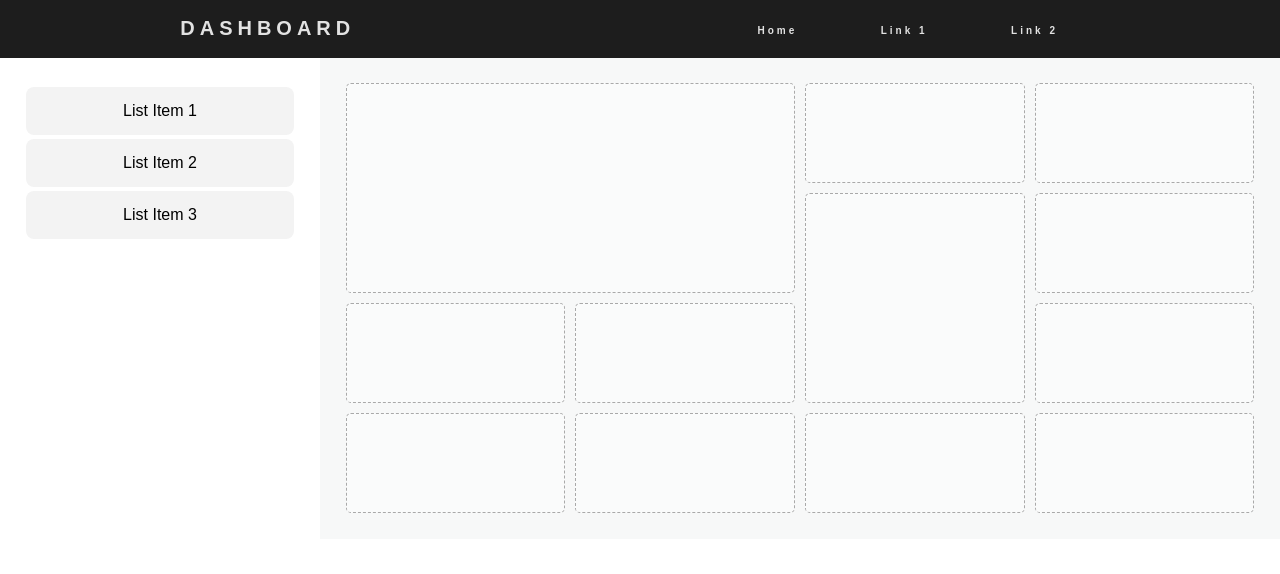
Repository: nourabdelhakam/drag-drop
Page: index.html
These files come from the project's save history. The page is drawn as it stood at one moment and after the next save; the edit follows.
The browser window is 1280 px wide. The pictures show the whole page.

Above is the page before, as saved 2020-07-03 11:32:59.

### index.html
<!DOCTYPE html>
<html lang="en">
<head>
    <meta charset="UTF-8">
    <meta name="viewport" content="width=device-width, initial-scale=1.0">
    <meta http-equiv="X-UA-Compatible" content="ie=edge">
    <title>Drag & Drop</title>
    <link rel="stylesheet" href="nav/nav.css">
    <link rel="stylesheet" href="css/main.css">
</head>
<body>

    <!-- <nav> -->
        <nav>
            <div class="logo">
                <h4>Dashboard</h4>
            </div>
            <ul class="nav-links">
                <li><a href="">Home</a></li>
                <li><a href="">Link 1</a></li>
                <li><a href="">Link 2</a></li>
            </ul>
            <div class="burger">
                <div class="line1"></div>
                <div class="line2"></div>
                <div class="line3"></div>
            </div>
        </nav>
      <!-- </nav> end of nav -->

      <section>
          <div class="container">
            <div class="left">
                <div class="list">
                    <div class="list-item" draggable="true">List Item 1</div>
                    <div class="list-item" draggable="true">List Item 2</div>
                    <div class="list-item" draggable="true">List Item 3</div>
                </div>
              </div>
              <div class="right">
                  <div class="wrapper">
                    <div class="list"></div>
                    <div class="list"></div>
                    <div class="list"></div>
                    <div class="list"></div>
                    <div class="list"></div>
                    <div class="list"></div>
                    <div class="list"></div>
                    <div class="list"></div>
                    <div class="list"></div>
                    <div class="list"></div>
                    <div class="list"></div>
                    <div class="list"></div>
                  </div>
              </div>
          </div>
      </section>

    <script src="main.js" type="text/javascript"></script>
    <script src="nav/nav.js" type="text/javascript"></script>
</body>
</html>

### nav/nav.css
nav {
    display: flex;
    justify-content: space-around;
    align-items: center;
    min-height: 8vh;
    background-color: #1D1D1D;
    font-family: "Poppins", sans-serif;
}
.logo {
    color: rgb(226, 226, 226);
    text-transform: uppercase;
    letter-spacing: 5px;
    font-size: 20px;
}
.nav-links {
    display: flex;
    justify-content: space-around;
    width: 30%;
}
.nav-links li {
    list-style: none;
}
.nav-links a {
    color: rgb(226, 226, 226);
    text-decoration: none;
    letter-spacing: 3px;
    font-weight: bold;
    font-size: 10px;
}
.burger {
    display: none;
    cursor: pointer;
}
.burger div {
    width: 25px;
    height: 3px;
    background-color: rgb(226, 226, 226);
    margin: 5px;
    transition: all 0.3s ease;
}


@media screen and (max-width:1024px) {
    .nav-links {
        width: 60%;
    }
}

@media screen and (max-width:768px) {

    body {
        overflow-x: hidden;
    }
    .nav-links {
        position: absolute;
        right: 0px;
        height: 92vh;
        top: 8vh;
        background-color: #1D1D1D;
        display: flex;
        flex-direction: column;
        align-items: center;
        width: 50%;
        transform: translatex(100%);
        transition: transform 0.5s ease-in;
    }
    .nav-links li {
        opacity: 0;
    }
    .burger {
        display: block;
    }
}

.nav-active {
    transform: translatex(0%);
}

@keyframes navLinkFade {
    from {
        opacity: 0;
        transform: translatex(50%);
    }
    to {
        opacity: 1;
        transform: translatex(0%);
    }
}

.toggle .line1 {
    transform: rotate(-45deg) translate(-5px, 6px);
}
.toggle .line2 {
    opacity: 0;
}
.toggle .line3 {
    transform: rotate(45deg) translate(-5px, -6px);
}

.landing {
    height: 90vh;
    display: flex;
    justify-content: center;
    align-items: center;
}
.landing h1 {
    margin: 100px;
    font-size: 50px;
    color: #ae5fce;
}

### css/main.css
* {
    margin: 0;
    padding: 0;
    box-sizing: border-box;
}
body {
    font-family: Arial, Helvetica, sans-serif;
}
.left {
    width: 25%;
    height: 100%;
    float: left;
    padding: 2%;
}
.right {
    width: 75%;
    height: 100%;
    float: left;
    padding: 2%;
    background-color: #F7F8F8;
}

.list-item {
    background-color: #F3F3F3;
    border-radius: 8px;
    padding: 15px 20px;
    text-align: center;
    margin: 4px 0;
}

.wrapper > div {
    border: 1px dashed darkgrey;
    border-radius: 5px;
    background-color: #FAFBFB;
    padding: 1em;
}
.wrapper {
  display: grid;
  grid-template-columns: repeat(4, 1fr);
  grid-auto-rows: 100px;
  grid-gap: 10px;
}
 .wrapper div:nth-child(2) {
   grid-column: 3;
   grid-row: 2 / 4;
}
 .wrapper div:nth-child(5) {
   grid-column: 1 / 3;
   grid-row: 1 / 3;
}

### main.js
const list_items = document.querySelectorAll('.list-item');
const lists = document.querySelectorAll('.list');

let draggedItem = null;

for (let i = 0; i < list_items.length; i++) {
	const item = list_items[i];

	item.addEventListener('dragstart', function () {
		draggedItem = item;
		setTimeout(function () {
			item.style.display = 'none';
		}, 0)
	});

	item.addEventListener('dragend', function () {
		setTimeout(function () {
			draggedItem.style.display = 'block';
			draggedItem = null;
		}, 0);
	})

	for (let j = 0; j < lists.length; j ++) {
		const list = lists[j];

		list.addEventListener('dragover', function (e) {
			e.preventDefault();
		});

		list.addEventListener('dragenter', function (e) {
			e.preventDefault();
			this.style.backgroundColor = '#F9FDFF';
		});

		list.addEventListener('dragleave', function (e) {
			this.style.backgroundColor = '#FFFFFF';
		});

		list.addEventListener('drop', function (e) {
			console.log('drop');
			this.append(draggedItem);
			this.style.backgroundColor = 'rgba(0, 0, 0, 0.1)';
		});
	}
}

### nav/nav.js
const navSlide = () => {
    const burger = document.querySelector('.burger');
    const nav = document.querySelector('.nav-links');
    const navLinks = document.querySelectorAll('.nav-links li');


    burger.addEventListener('click', () => {

        //Toggle Nav
        nav.classList.toggle('nav-active');

        //Animate Links
        navLinks.forEach((link, index) => {

            if (link.style.animation) {
                link.style.animation = '';
            } else {
                link.style.animation = `navLinkFade 0.5s ease forwards ${index / 7 + 0.3}s`;
            }

        });

        //Burger Animation
        burger.classList.toggle('toggle');
    });

}

navSlide();

After the next save:
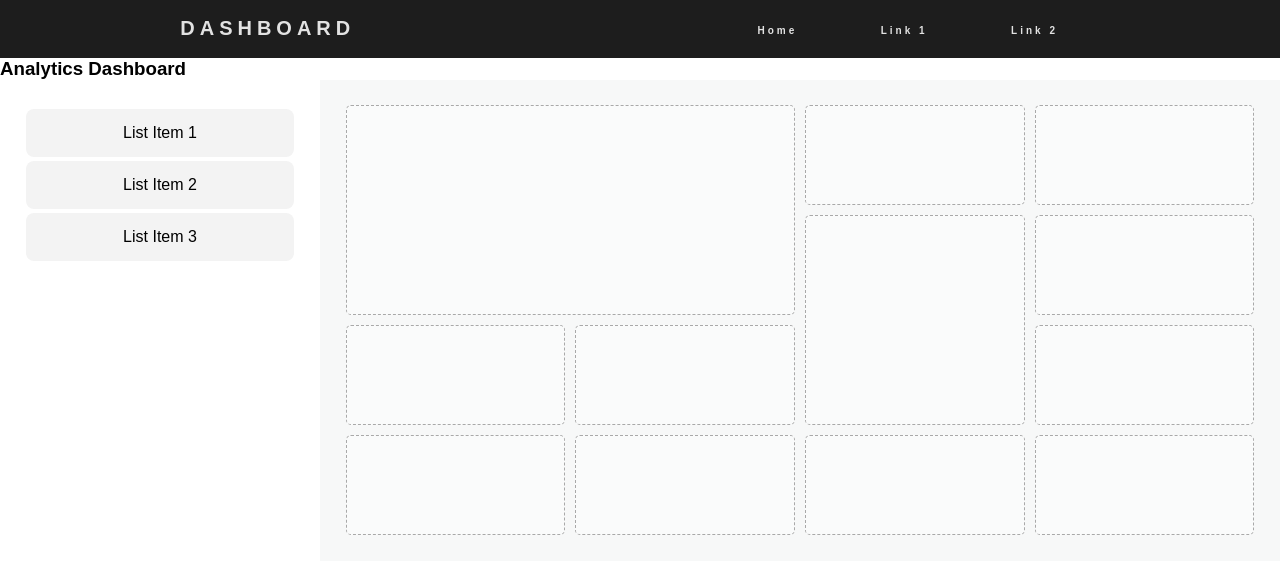
Saved 3 min 4 s later.
--- a/index.html
+++ b/index.html
@@ -29,6 +29,7 @@
       <!-- </nav> end of nav -->
 
       <section>
+          <h3>Analytics Dashboard</h3>
           <div class="container">
             <div class="left">
                 <div class="list">
